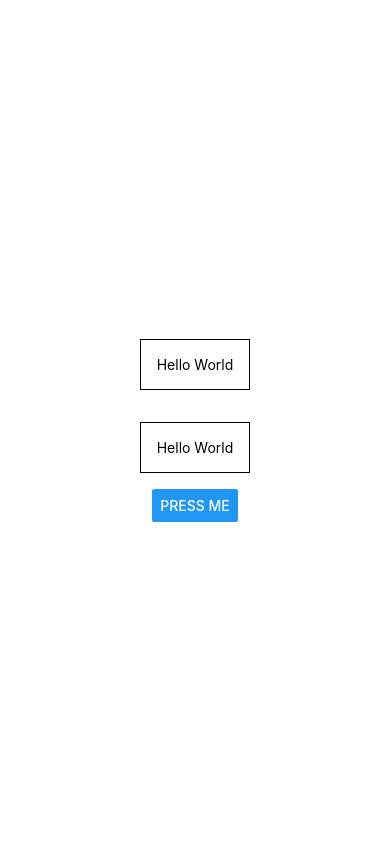
Repository: thezaidbintariq/RNCourse
Screen: /
An editor plug-in stored every save of this project. The screen is shown before and after the next save, followed by the edit.
The app was drawn by React Native's web renderer in a window 390 px wide. The project was rebuilt for these pictures with package versions that can differ from the ones it lists, and the page was loaded fresh each time.

Above is the screen before, as saved 2022-08-09 13:19:17.

### App.js
import { Button, StyleSheet, Text, View } from 'react-native';

export default function App() {
  return (
    <View style={styles.container}>
      <View>
        <Text style={styles.dummyText}>Hello World</Text>
      </View>

        <Text style={styles.dummyText}>
          Hello World
          </Text>
        <Button title="Press Me" />
    </View>
  );
}

const styles = StyleSheet.create({
  container: {
    flex: 1,
    backgroundColor: '#fff',
    alignItems: 'center',
    justifyContent: 'center',
  },
  dummyText: {
    padding: 16,
    margin: 16,
    borderWidth: 1,
    borderColor: '#000'
}}
);

After the next save:
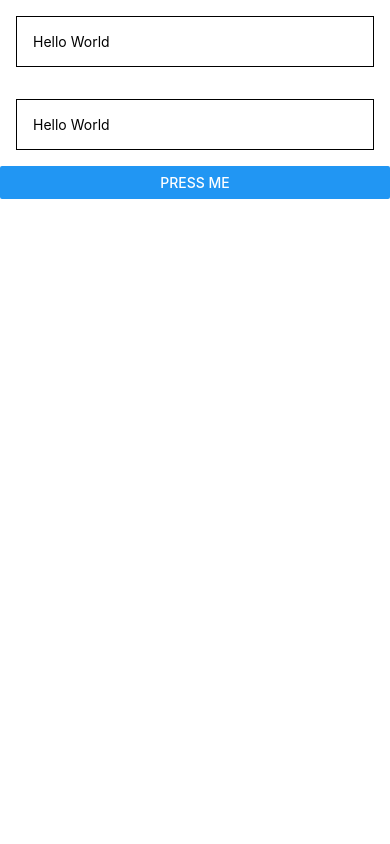
Saved 52 min 33 s later.
--- a/App.js
+++ b/App.js
@@ -2,7 +2,7 @@ import { Button, StyleSheet, Text, View } from 'react-native';
 
 export default function App() {
   return (
-    <View style={styles.container}>
+    <View>
       <View>
         <Text style={styles.dummyText}>Hello World</Text>
       </View>
